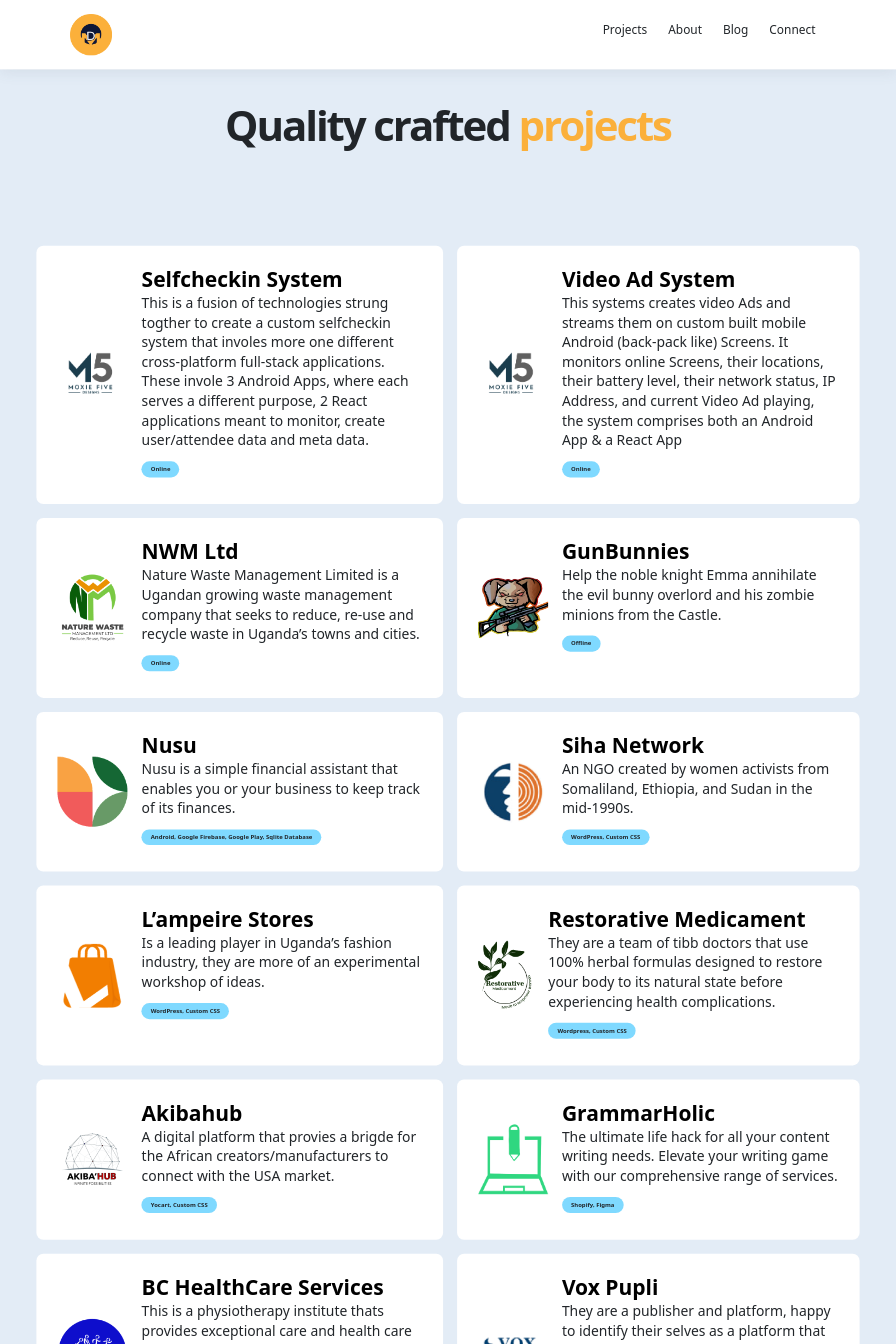
Repository: kaizoku010/firebrand
Page: /apps
The author's editor kept a copy of each file at every save. The page is drawn from the files as they stood at one save, then again after a run of saves.
The browser window is 1280 px wide. The pictures show the part of the page from y = 0 to 1920 px (the page is 3160 px tall), at 70% of full size.
The project was rebuilt for these pictures with package versions that can differ from the ones it lists, and the page was loaded fresh each time. Also part of the build but not shown: vite.config.js, src/update/homescreen.css, src/update/homescreen.js, src/update/blog.css, src/update/blog.js, src/update/connect.css, src/update/connect.js. Imported but missing from the stored project, and not drawn on this page: src/update/about.js.

Above is the page before, as saved 2024-05-27 13:17:51.

After the next 2 saves:
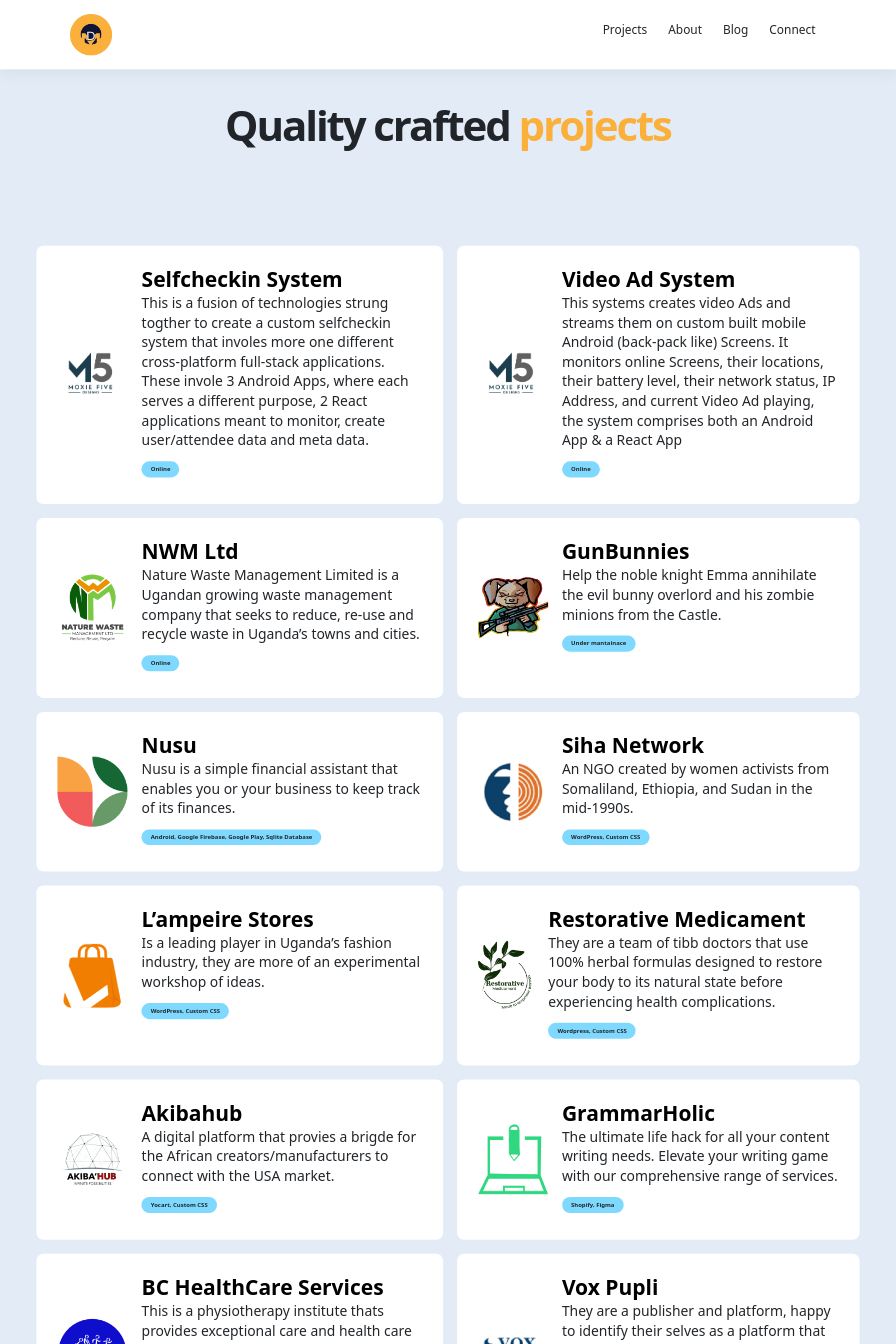
The 2 saves are shown as one change because they came seconds apart.
The last was saved 7 s later.
--- a/src/dataPoint/AllProjects.js
+++ b/src/dataPoint/AllProjects.js
@@ -60,7 +60,7 @@
     {
       id: '445',
       title: "GunBunnies",
-      techStacks: ["Offline"],
+      techStacks: ["Under mantainace"],
       textColor: 'lightBlue',
       location: 'Kampala, Ug',
        desc: 'Help the noble knight Emma annihilate the evil bunny overlord and his zombie minions from the Castle.',
